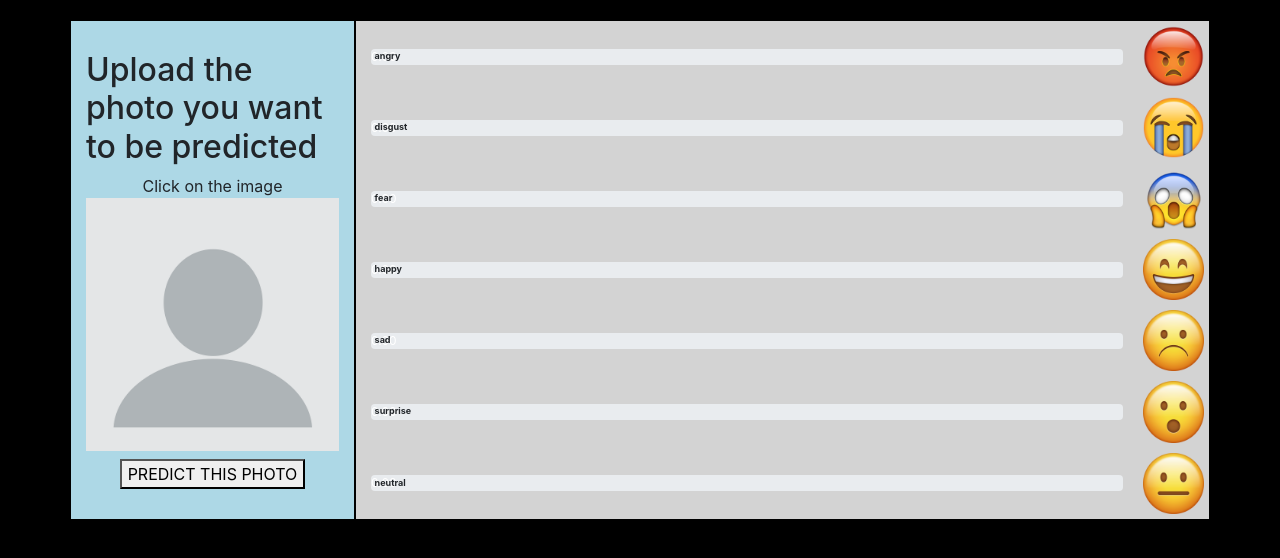
Repository: Jermaniac/TrabajoFinGradoGerman
Page: / (app in webprojectREACT/webexpresssionproject/)
An editor plug-in stored every save of this project. The page is shown before and after the next save, followed by the edit.
The browser window is 1280 px wide. The pictures show the whole page.
The project was rebuilt for these pictures with package versions that can differ from the ones it lists, and the page was loaded fresh each time.

Above is the page before, as saved 2021-05-05 13:20:19.

After the next save:
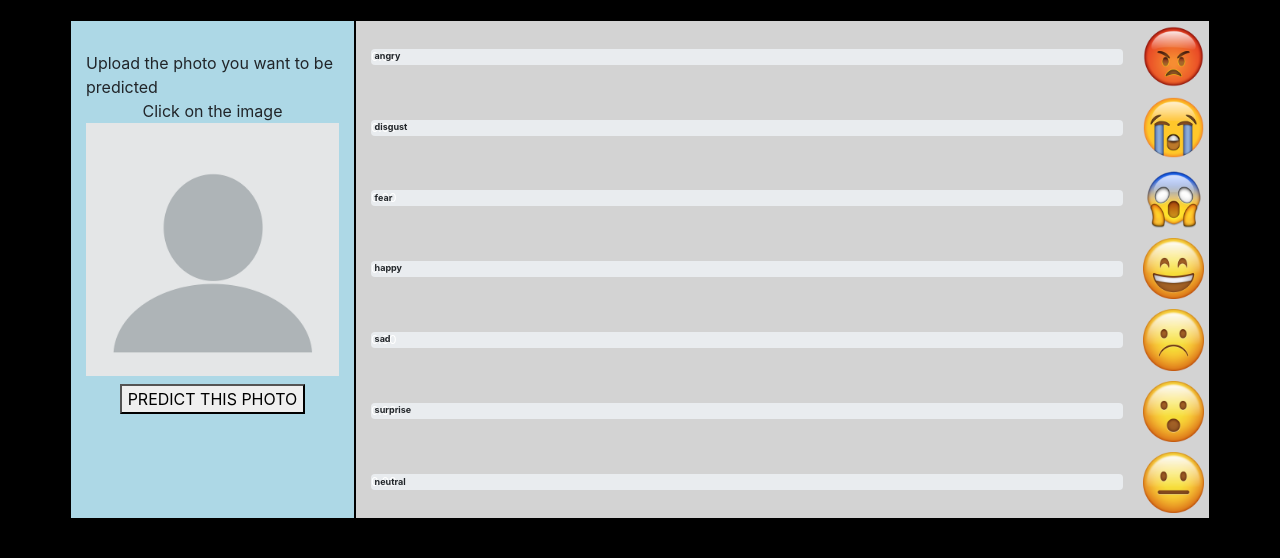
Saved 12 s later.
--- a/webprojectREACT/webexpresssionproject/src/components/FormComponent.jsx
+++ b/webprojectREACT/webexpresssionproject/src/components/FormComponent.jsx
@@ -26,7 +26,7 @@ function FormComponent({ changeExpressions, changePhoto, photo }) {
   return (
     <div className="col-12 col-md-4 col-lg-3" id="form">
       <div className="row">
-        <h2>Upload the photo you want to be predicted</h2>
+        <div>Upload the photo you want to be predicted</div>
       </div>
       <div className="row">
         <div>Click on the image</div>
